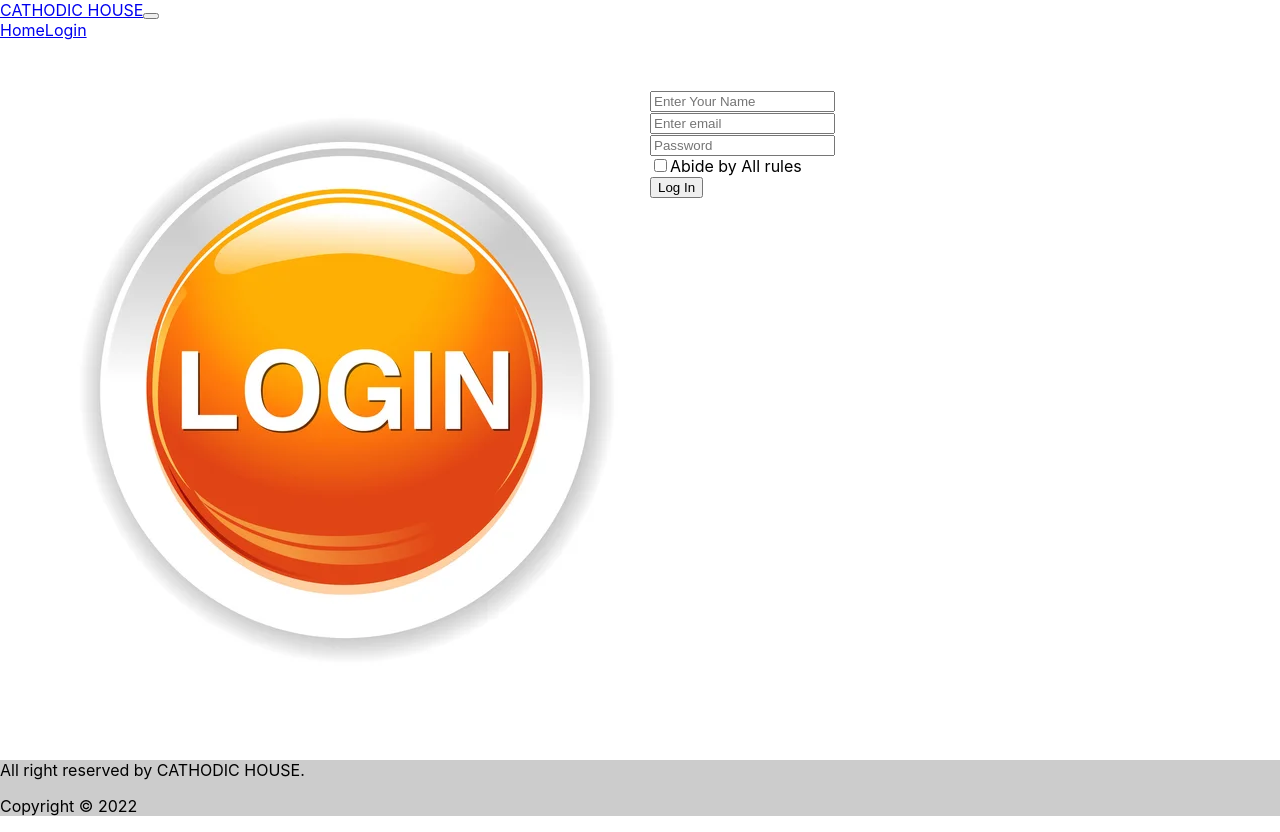
Repository: grnisna/warehouse-management-client-11
Page: /login
An editor plug-in stored every save of this project. The page is shown before and after the next save, followed by the edit.
The browser window is 1280 px wide. The pictures show the whole page.
The project was rebuilt for these pictures with package versions that can differ from the ones it lists, and the page was loaded fresh each time. Also part of the build but not shown: src/components/Home/Carosel/Carosel.css, src/components/Home/Carosel/Carosel.js, src/components/Hooks/UseItems/UseItems.js, src/components/Home/Item/Item.css, src/components/Home/Item/Item.js, src/components/Home/Items/Items.css, src/components/Home/Items/Items.js, src/components/Home/Home.js and 3 more.

Above is the page before, as saved 2022-05-09 20:20:40.

After the next save:
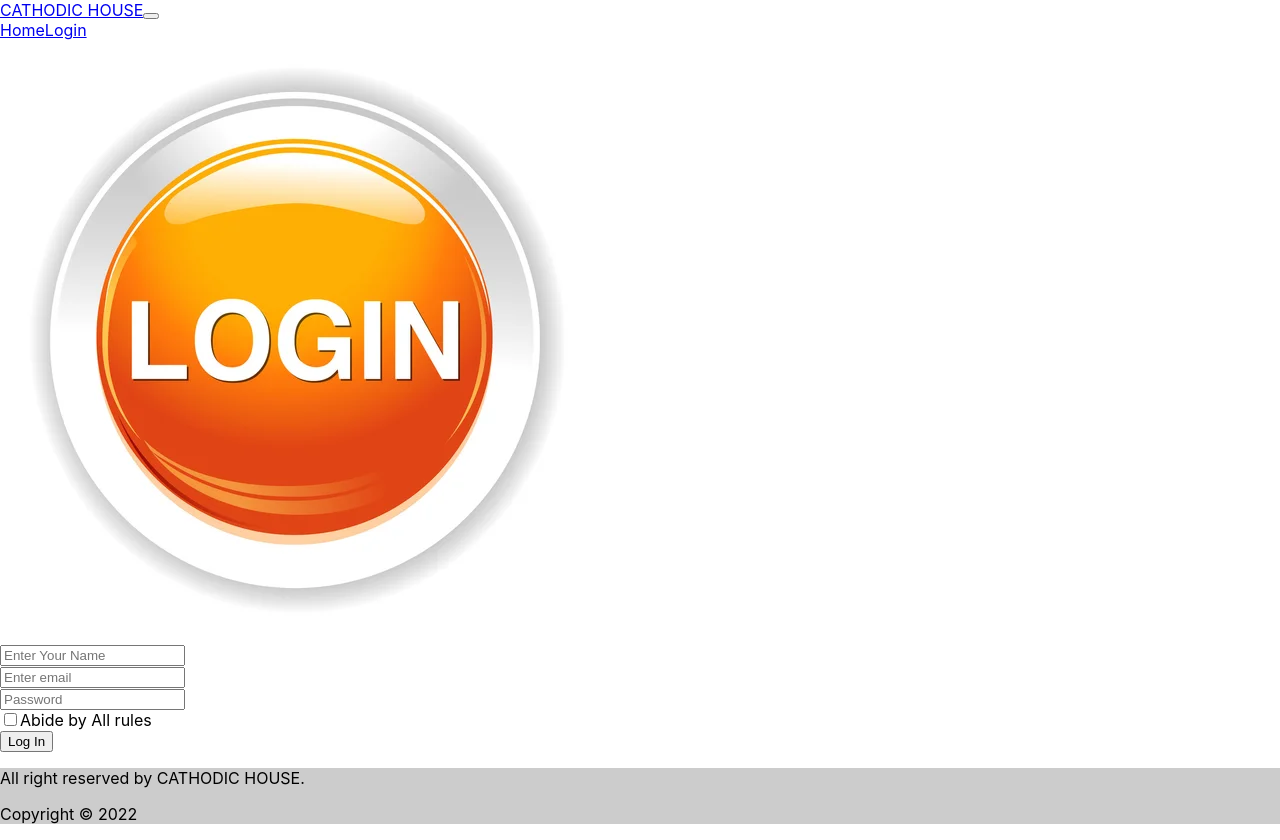
Saved 12 s later.
--- a/src/components/Login/Login/Login.js
+++ b/src/components/Login/Login/Login.js
@@ -19,7 +19,7 @@ const Login = () => {
         createUserWithEmailAndPassword(email,password);
       }
     return (
-        <div className=" registration " >
+        <div className=" login " >
             <div className='image-area' >
                 <img className='img-fluid' src={image} alt="" />
             </div>

After the save that followed:
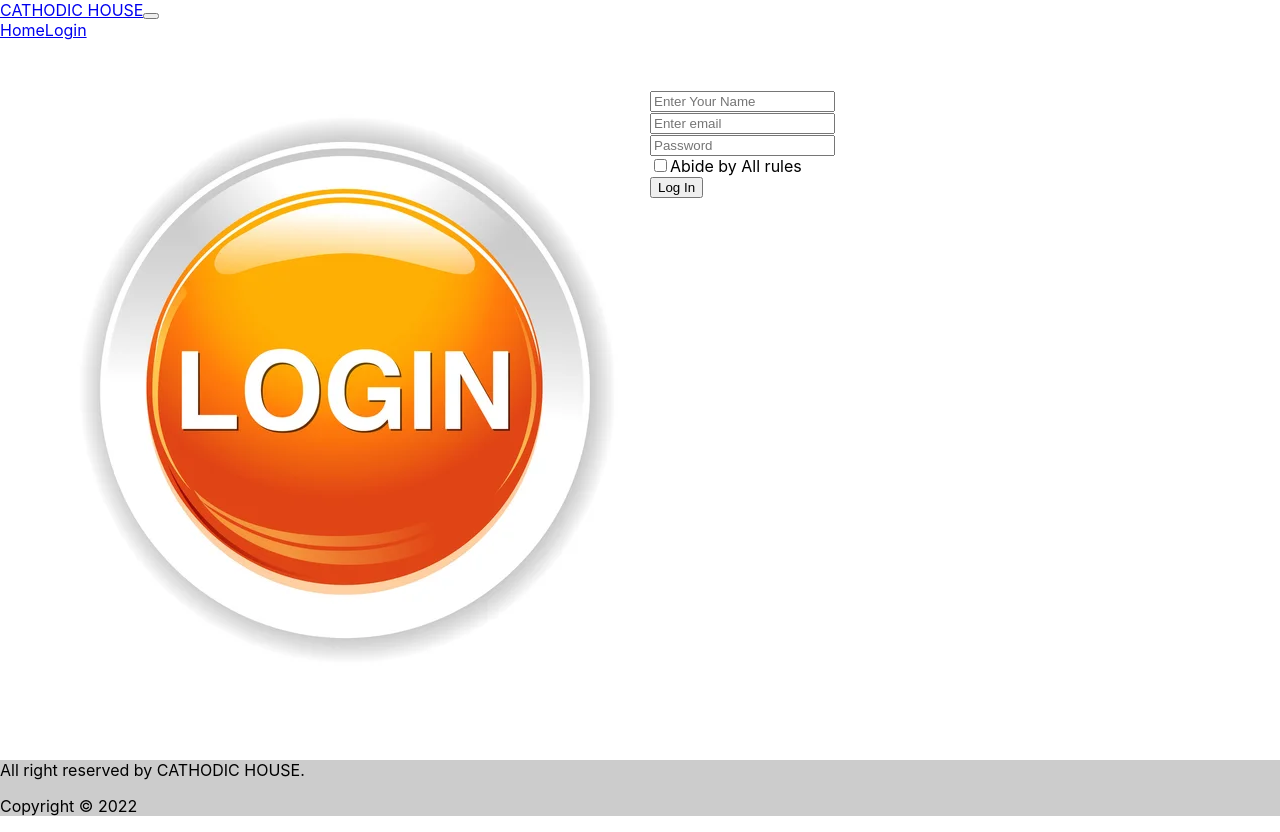
Saved 20 s later.
--- a/src/components/Login/Login/Login.js
+++ b/src/components/Login/Login/Login.js
@@ -3,6 +3,7 @@ import auth from './firebase/firebase.init';
 import { useCreateUserWithEmailAndPassword } from 'react-firebase-hooks/auth';
 import { Button, Form } from 'react-bootstrap';
 import image from '../../../images/login/login-image.jpg';
+import './Login.css';
 
 const Login = () => {
     const [
